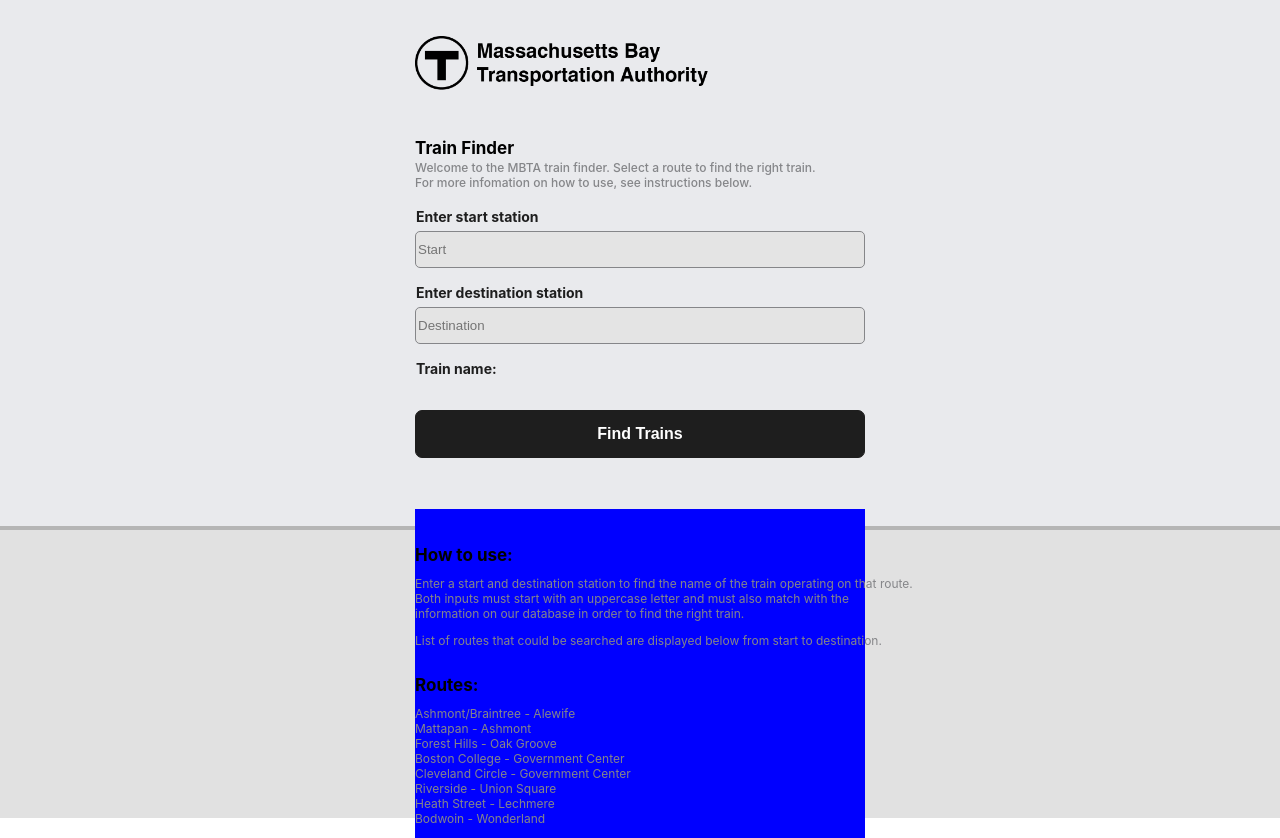
Repository: jumadesigns/mbta-train-finder
Page: / (app in mbta-app/)
An editor plug-in stored every save of this project. The page is shown before and after a run of saves, followed by the edit.
The browser window is 1280 px wide. The pictures show the whole page.
The page's requests for data from a server got no answer. The project was rebuilt for these pictures with package versions that can differ from the ones it lists, and the page was loaded fresh each time. No one was signed in, and anything a server would have sent is missing.

Above is the page before, as saved 2022-09-26 21:54:10.

### mbta-app/src/index.css
body {
  margin: 0;
  font-family: -apple-system, BlinkMacSystemFont, "Segoe UI", "Roboto", "Oxygen",
    "Ubuntu", "Cantarell", "Fira Sans", "Droid Sans", "Helvetica Neue",
    sans-serif;
  -webkit-font-smoothing: antialiased;
  -moz-osx-font-smoothing: grayscale;
  height: 100vh;
}

.App {
  text-align: center;
}

.App-logo {
  margin-top: 3vh;
  max-width: 65%;
  max-height: 65%;
  margin-right: 25vh;
}

.header-title {
  text-align: left;
  margin-top: 6vh;
  font-size: 17px;
}

.header-subtitle {
  color: #858689;
  font-size: 12px;
  font-weight: 500;
  text-align: left;
  margin-top: -2vh;
}

.input-div {
  display: flex;
  flex-direction: column;
  justify-content: center;
  align-items: center;
  background-color: #e9eaed;
}

.input-container {
  margin-top: 2vh;
  height: 55vh;
  width: 450px;
  margin-bottom: 16vh;
}

.mbta-input-container {
  display: flex;
  flex-direction: column;
  justify-content: space-between;
  align-items: left;
}

.label-title {
  font-size: 14px;
  color: #1e1e1e;
  text-align: left;
  padding: 1px;
  margin: 5px;
  margin-bottom: 10px;
  margin-left: 0px;
}

.find-train-button {
  height: 48px;
  background-color: #1e1e1e;
  color: white;
  border: 1.5px solid #1e1e1e;
  border-radius: 7px;
}

.button-text {
  text-align: center;
  font-size: 16px;
  margin-top: 13px;
}

.input-bar {
  background: #e4e4e4;
  border: 1.5px solid #858689;
  border-radius: 5px;
  height: 33px;
  margin-bottom: 10px;
  margin-top: -5px;
}

.train-title {
  margin-bottom: 0vh;
}

#train-name {
  font-weight: 700;
  font-size: 20px;
  color: #1e1e1e;
  margin-bottom: 0px;
}

#train-name-not-found {
  font-size: 15px;
  font-weight: 700;
  margin-top: 0vh;
  color: red;
}

#error-message {
  margin-top: 1vh;
  color: red;
  font-size: 15px;
  font-weight: 700;
}

.bottom-container {
  position: absolute;
  bottom: 40;
  width: 100%;
  background-color: #e1e1e1;
  border-top: 4px #b5b5b5 solid;
  height: 40vh;
  display: flex;
  flex-direction: column;
  justify-content: center;
  align-items: center;
}

.bottom-center-div {
  height: 400px;
  width: 450px;
  margin-top: 0vh;
  background-color: blue;
}

.bottom-section-title-1 {
  position: absolute;
  font-weight: 700;
  font-size: 17px;
  margin-top: 5vh;
  margin-right: 25vw;
}

.bottom-section-title-2 {
  position: absolute;
  font-weight: 700;
  font-size: 17px;
  margin-top: 2vh;
  margin-right: 25vw;
}

.bottom-section-paragraph-1 {
  font-size: 12px;
  text-align: left;
  color: #858689;
  margin-top: 9.3vh;
  width: 500px;
}

.bottom-section-paragraph-2 {
  font-size: 12px;
  text-align: left;
  color: #858689;
  margin-top: 8vh;
  width: 500px;
}

### mbta-app/src/App.js
import logo from "./logo.png";
import "./index.css";
import Input from "./Input";

/*

  My name is Victor Nite. Thank you for allowing me the opportunity to build this app.
  Although i was required to just complete the steps on the instruction, I went ahead to implement
  some additional functionalities to enhance the the user experience of the app. Here is what i added.

  1. ** Validation Checks **
  Since the name of the stops returned from the API are case sensitive and a user might not know that, I
  implemented validation check to inform the user that the first letter of each word must be case sensitive.
  I also implemented another validation to the check if the stations are not entered correctly.

  2. ** List the stations **
  I also thought a first time user might not know what to search for or how to combine
  the right stations to find a train. So i displayed a list of the stations to aide first time users.

  3. ** Interactive UI **
  I implemented an interactive UI with the official MBTA logo and their style guidelines. I also displayed
  instructions on how to use the app on the UI


  ** ISSUES I HAD **
  I was able to attempt all the steps however, i couldn't make progess with Step 2 simply because all the objects
  with the MBTA trains all returned 2 stops so there was nothing to compare them with.


  I added some comment alongside some of the code for better understanding on my thought process.

*/

function App() {
  return (
    <div className="App">
      <div className="input-div">
        <div className="input-container">
          <header className="App-header">
            <img src={logo} className="App-logo" alt="logo" />
            <h3 className="header-title">Train Finder</h3>
            <p className="header-subtitle">
              Welcome to the MBTA train finder. Select a route to find the right train. <br></br>
              For more infomation on how to use, see instructions below.
            </p>
          </header>

          <Input />
        </div>
      </div>
      <div className="bottom-container">
        <div className="bottom-center-div">
          <h3 className="bottom-section-title-1">How to use:</h3>

          <p className="bottom-section-paragraph-1">
            Enter a start and destination station to find the name of the train
            operating on that route. Both inputs must start with an uppercase
            letter and must also match with the information on our database in
            order to find the right train.
            <p>
              List of routes that could be searched are displayed below from
              start to destination.
            </p>
          </p>

          <h3 className="bottom-section-title-2">Routes:</h3>

          <p className="bottom-section-paragraph-2">
            Ashmont/Braintree - Alewife <br></br>
            Mattapan - Ashmont <br></br>
            Forest Hills - Oak Groove <br></br>
            Boston College - Government Center <br></br>
            Cleveland Circle - Government Center <br></br>
            Riverside - Union Square <br></br>
            Heath Street - Lechmere <br></br>
            Bodwoin - Wonderland <br></br>
          </p>
        </div>
      </div>
    </div>
  );
}

export default App;

### mbta-app/src/Input.js
import "./index.css";
import Axios from "axios";
import React from "react";
import { useEffect, useState } from "react";

/*

  My name is Victor Nite. Thank you for allowing me the opportunity to build this app.
  Although i was required to just complete the steps on the instruction, I went ahead to implement
  some additional functionalities to enhance the the user experience of the app. Here is what i added.

  1. ** Validation Checks **
  Since the name of the stops returned from the API are case sensitive and a user might not know that, I
  implemented validation check to inform the user that the first letter of each word must be case sensitive.
  I also implemented another validation to the check if the stations are not entered correctly.

  2. ** List the stations **
  I also thought a first time user might not know what to search for or how to combine
  the right stations to find a train. So i displayed a list of the stations to aide first time users.

  3. ** Interactive UI **
  I implemented an interactive UI with the official MBTA logo and their style guidelines. I also displayed
  instructions on how to use the app on the UI


  ** ISSUES I HAD **
  I was able to attempt all the steps however, i couldn't make progess with Step 2 simply because all the objects
  with the MBTA trains all returned 2 stops so there was nothing to compare them with.


  I added some comment alongside some of the code for better understanding on my thought process.

*/

function Input() {
  const [responseData, setResponseData] = useState([]);
  const [start, setStart] = useState("");
  const [destination, setDestination] = useState("");
  const [foundTrains, setFoundTrains] = useState("");
  const [errorText, setErrorText] = useState("");
  const [notFound, setNotFound] = useState("");

  //Makes the API call for Step 1 whenever the page loads.
  useEffect(() => {
    getData();
  }, []);

  //Checks on when there is no input.
  useEffect(() => {
    if (start === "" && destination === "") {
      setNotFound("");
      setErrorText("");
      setFoundTrains("");
    }
  }, [start, destination]);

  //Checks for inputs with the wrong answer.
  useEffect(() => {
    if (notFound !== "") {
      setFoundTrains("");
    }
  }, [notFound]);

  const handleStartChange = (event) => {
    const word = event.target.value;

    //Checks for validation to make sure first letter is uppercase. (New Feature)
    if (word.charAt(0) === word.charAt(0).toLowerCase()) {
      setErrorText(
        "*First letter must be Uppercase! Please delete and type again"
      );
    } else if (word.charAt(0) === word.charAt(0).toUpperCase()) {
      setErrorText("");
    }
    setStart(word);
  };

  const handleDestinationChange = (event) => {
    const word = event.target.value;

    //Checks for validation to make sure first letter is uppercase. (New Feature)
    if (word.charAt(0) === word.charAt(0).toLowerCase()) {
      setErrorText("First letter must be Uppercase");
    } else if (word.charAt(0) === word.charAt(0).toUpperCase()) {
      setErrorText("");
    }
    setDestination(word);
  };

  const FindTrains = () => {
    const findTrains = responseData.filter((train) => {
      return (
        train.attributes.direction_destinations.includes(start) &&
        train.attributes.direction_destinations.includes(destination)
      );
    });

    //Checks for when the search returns no data, updates the state to display a message.
    if (findTrains.length > 0) {
      const found = findTrains
        .map((train) => train.attributes.long_name)
        .join("line, ");
      setFoundTrains(found);
    } else {
      setNotFound(
        "*No train was found! Please clear all inputs and search again."
      );
    }
  };

  const getData = () => {
    /*
        Fetch the API. Using the second API link because it returns a more
        filtered list unlike the first one.
    */
    Axios.get("https://api-v3.mbta.com/routes?filter[type]=0,1").then(
      (response) => {
        //Put response in a variable
        const res = response.data;
        //console.log(res.data);

        //Map through the res variable to log to the name of trains to the console as required for Step 1.
        res.data.map((val) => console.log(val.attributes.long_name));

        //Set response to the state
        setResponseData(res.data);
      }
    );
  };

  return (
    <div className="">
      <div className="mbta-input-container">
        <h4 className="label-title">Enter start station</h4>
        <input
          className="input-bar"
          type="text"
          value={start}
          placeholder="Start"
          onChange={(e) => handleStartChange(e)}
        />
        <h4 className="label-title">Enter destination station</h4>
        <input
          className="input-bar"
          type="text"
          value={destination}
          placeholder="Destination"
          onChange={(e) => handleDestinationChange(e)}
        />
        <h4 className="label-title train-title">Train name:</h4>
        <h2 id="train-name">{foundTrains}</h2>
        <p id="train-name-not-found">{notFound}</p>

        <button onClick={FindTrains} className="find-train-button">
          <h3 className="button-text">Find Trains</h3>
        </button>

        <span id="error-message">{errorText}</span>
      </div>
    </div>
  );
}

export default Input;

Loaded but not shown: mbta-app/public/index.html (common file); mbta-app/src/index.js (common file)

After the next 2 saves:
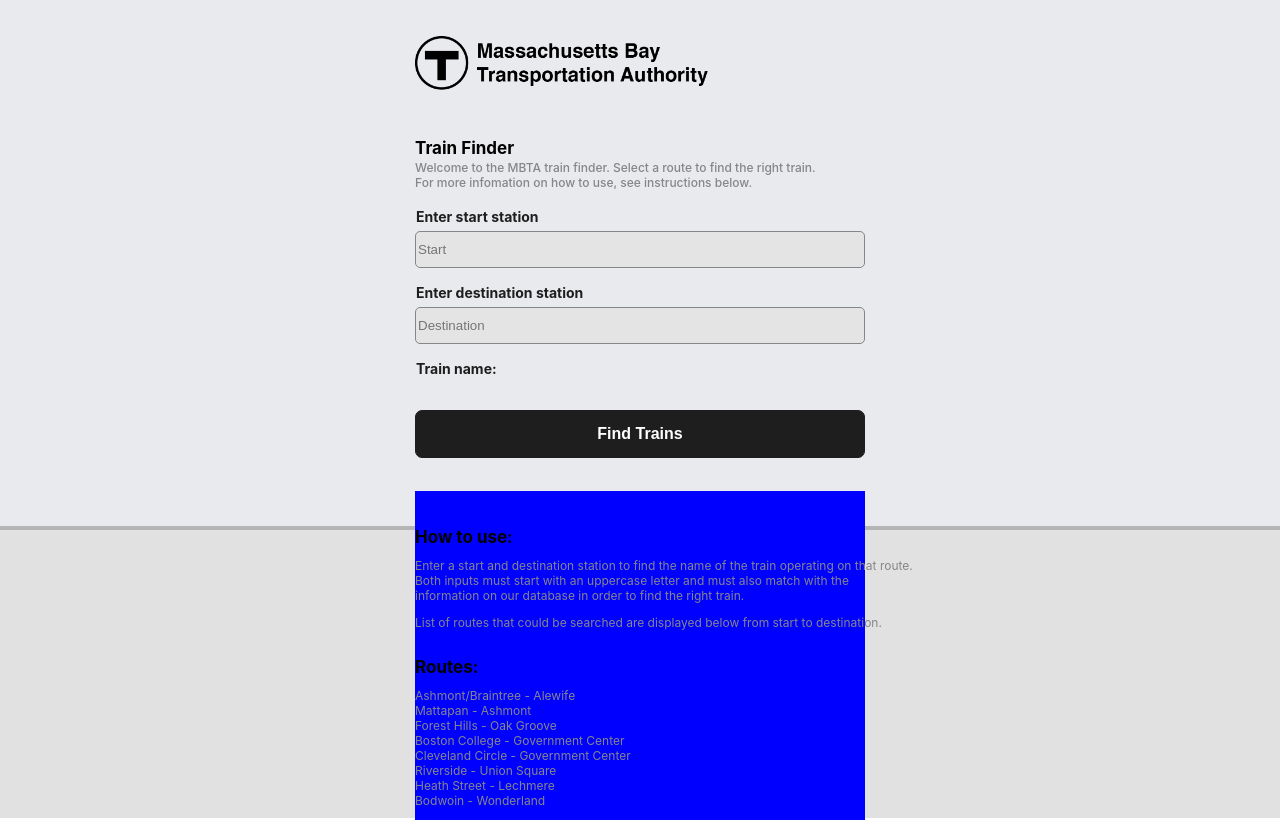
The 2 saves are shown as one change because they came seconds apart.
The last was saved 7 min 3 s later.
--- a/mbta-app/src/index.css
+++ b/mbta-app/src/index.css
@@ -129,7 +129,7 @@
 .bottom-center-div {
   height: 400px;
   width: 450px;
-  margin-top: 0vh;
+  margin-top: -5vh;
   background-color: blue;
 }
 
